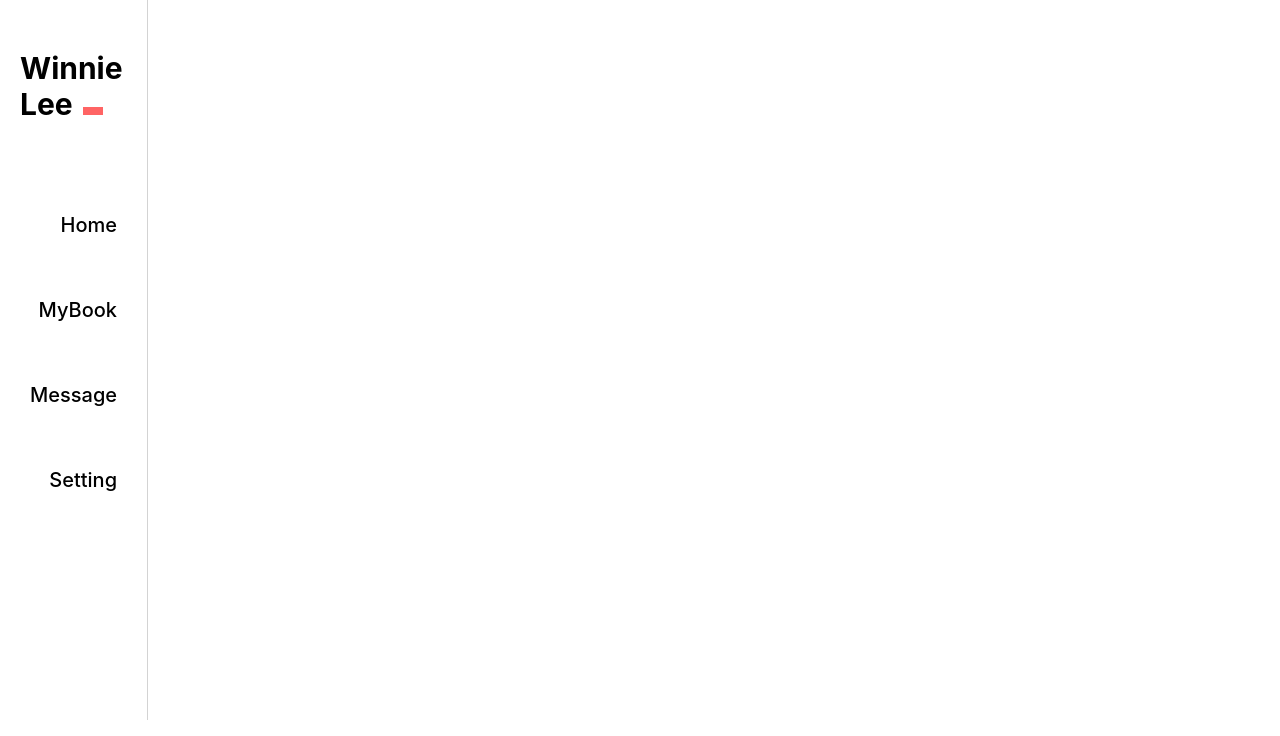
Repository: EEOOOO/GoodGeul
Page: /
The author's editor kept a copy of each file at every save. The page is drawn from the files as they stood at one save, then again after a run of saves.
The browser window is 1280 px wide. The pictures show the whole page.
The project was rebuilt for these pictures with package versions that can differ from the ones it lists, and the page was loaded fresh each time. Also part of the build but not shown: src/book/book.module.css, src/book/Book.jsx, src/BookContent/BookContent.jsx.

Above is the page before, as saved 2022-08-11 11:50:56.

### src/index.js
import React from 'react';
import ReactDOM from 'react-dom/client';
import './index.css';
import App from './App';
import reportWebVitals from './reportWebVitals';
import {BrowserRouter, Routes,Route, Link} from 'react-router-dom';
import MyBooks from './mybooks/MyBooks';
import BookContent from './BookContent/BookContent';
const root = ReactDOM.createRoot(document.getElementById('root'));
root.render(
  <BrowserRouter>
    <Routes>
      <Route path="/" element={<App />}>
        <Route path="mybook" element={<MyBooks />}/>
        <Route path="bookContent" element={<BookContent />}/>
      </Route>
    </Routes>

  </BrowserRouter>
);

// If you want to start measuring performance in your app, pass a function
// to log results (for example: reportWebVitals(console.log))
// or send to an analytics endpoint. Learn more: https://bit.ly/CRA-vitals
reportWebVitals();

### src/App.js
import styles from './app.module.css';
import MyBooks from './mybooks/MyBooks';
import SideNavBar from './sidenavbar/SideNavBar';
import {Outlet, Link} from 'react-router-dom';
import database from './firebase';
import {ref, set, get, child} from "firebase/database";
import BookContent from './BookContent/BookContent';

function saveBook(id, title, author, description, Text) {
  set(ref(database,`${id}`),{
    title: title,
    author: author,
    description : description,
    Text : Text
  });
}

// var dbRef = database.ref('https://goodgeul-default-rtdb.firebaseio.com/');
// dbRef.on('value', function(snapshot) {
//     snapshot.forEach(function(childSnapshot) {
//       let childData = childSnapshot.val();
//       console.dir(childData);
//     });
// });

let books = [];

function App() {
  return (
    <>
      <div className={styles.app}>
        <SideNavBar />
        <MyBooks books={books} saveBook={saveBook}/>
      </div>
      <Outlet/>
    </>
  );
}

export default App;

### src/mybooks/MyBooks.jsx
import React from 'react';
import Books from '../books/Books';
class MyBooks extends React.Component{
    render(){
        return <Books books={this.props.books}/>
    }
}
export default MyBooks;

### src/app.module.css
.app {
  height: 100vh;
  display: flex;
  position: absolute;
}
.sideNavBar {
  height: 100vh;
  background-color: gray;
}
.bookContent {
  position: relative;
  top: 100vh;
}

### src/sidenavbar/SideNavBar.jsx
import React, { Component } from 'react';
import styles from './sidenavbar.module.css';
class SideNavBar extends Component {
    render() {
        return (
            <div className={styles.sideNavBar}>
                <div className={styles.userName}>
                    Winnie Lee
                    <div className={styles.nameTagColor}></div>
                </div>

                <ul className={styles.menuList}>
                    <li className={styles.homeMenu}>Home</li>
                    <li className={styles.myBookMenu}>MyBook</li>
                    <li className={styles.messageMenu}>Message</li>
                    <li className={styles.settingMenu}>Setting</li>
                </ul>
            </div>
        );
    }
}

export default SideNavBar;

### src/firebase.js
// Import the functions you need from the SDKs you need
import { initializeApp } from "firebase/app";
import { getDatabase } from "firebase/database";
// TODO: Add SDKs for Firebase products that you want to use
// https://firebase.google.com/docs/web/setup#available-libraries

// Your web app's Firebase configuration
// For Firebase JS SDK v7.20.0 and later, measurementId is optional
const firebaseConfig = {
  apiKey: "AIzaSyDk2m4kmdZtL3sdQtrUyC7Ow1ectDEyNMI",
  authDomain: "goodgeul.firebaseapp.com",
  projectId: "goodgeul",
  storageBucket: "goodgeul.appspot.com",
  messagingSenderId: "120455903715",
  appId: "1:120455903715:web:d31e22a4efe607313988d6",
  measurementId: "G-6NXNGBT25C",
  databaseURL: "https://goodgeul-default-rtdb.firebaseio.com/"
};

// Initialize Firebase
const app = initializeApp(firebaseConfig);
const database = getDatabase(app);

export default database;

### src/books/Books.jsx
import React, { Component } from 'react';
import Book from '../book/Book';
import styles from './books.module.css'
class Books extends Component {
    render() {
        return (
            <ul className={styles.bookList}>
                {this.props.books.map((book)=>{
                    const key = book['id'];
                    return <Book book={book} key={key}/>
                })}
            </ul>
        );
    }
}

export default Books;

### src/BookContent/bookcontent.module.css
* {
  box-sizing: border-box;
}
.bookContent {
  display: flex;
  height: 100vh;
}
.bookContent div {
  flex: 1 1 1;
}
.book {
  display: flex;
  flex-direction: column;
  justify-content: space-around;
  background-color: black;
  color: white;
}
.bookInfo {
  display: flex;
  align-items: center;
}
.bookTitleAndDescription {
  padding: 0 20px;
}
.review {
  position: relative;
  top: 30vh;
  padding: 20px;
}
.books {
  display: flex;
  flex-direction: column;
  justify-content: center;
  align-items: center;
  padding-left: 80px;
  background-color: black;
}
.books p {
  border: 1px solid grey;
  width: 150%;
  height: 100px;
  background-color: white;
  border-radius: 0 10px 5px 0;
}

### src/sidenavbar/sidenavbar.module.css
.sideNavBar {
  box-sizing: bordre-box;
  display: flex;
  width: 15vw;
  flex-direction: column;
  border-right: 1px solid lightgray;
  padding: 20px;
}
.userName {
  font-weight: 700;
  font-size: 30px;
  margin: 30px 0;
}
.nameTagColor {
  display: inline-block;
  bottom: 10px;
  margin-left: 10px;
  width: 20px;
  height: 8px;
  background-color: rgb(255, 100, 100);
}
.menuList {
  height: 50%;
  list-style: none;
  font-size: 20px;
  margin: 30px 10px 10px 10px;
  padding: 0;
  text-align: right;
  display: flex;
  flex-direction: column;
  justify-content: space-around;
  font-weight: 500;
  cursor: pointer;
}
.menuList > li:hover {
  color: gray;
}
.homeMenu {
}
.myBookMenu {
}
.messageMenu {
}
.settingMenu {
}

### src/books/books.module.css
.bookList {
  list-style: none;
  display: flex;
  padding: 0;
  width: 100%;
  height: 100vh;
  flex-wrap: wrap;
  overflow-y: scroll;
}
.bookList::-webkit-scrollbar-track {
  -webkit-box-shadow: inset 0 0 6px rgba(0, 0, 0, 0.3);
  border-radius: 10px;
  background-color: #f5f5f5;
}

.bookList::-webkit-scrollbar {
  width: 10px;
  background-color: #f5f5f5;
}

.bookList::-webkit-scrollbar-thumb {
  border-radius: 10px;
  -webkit-box-shadow: inset 0 0 6px rgba(0, 0, 0, 0.3);
  background-color: #555;
}

Loaded but not shown: public/index.html (common file); src/index.css (common file); src/reportWebVitals.js (common file)

After the next 2 saves:
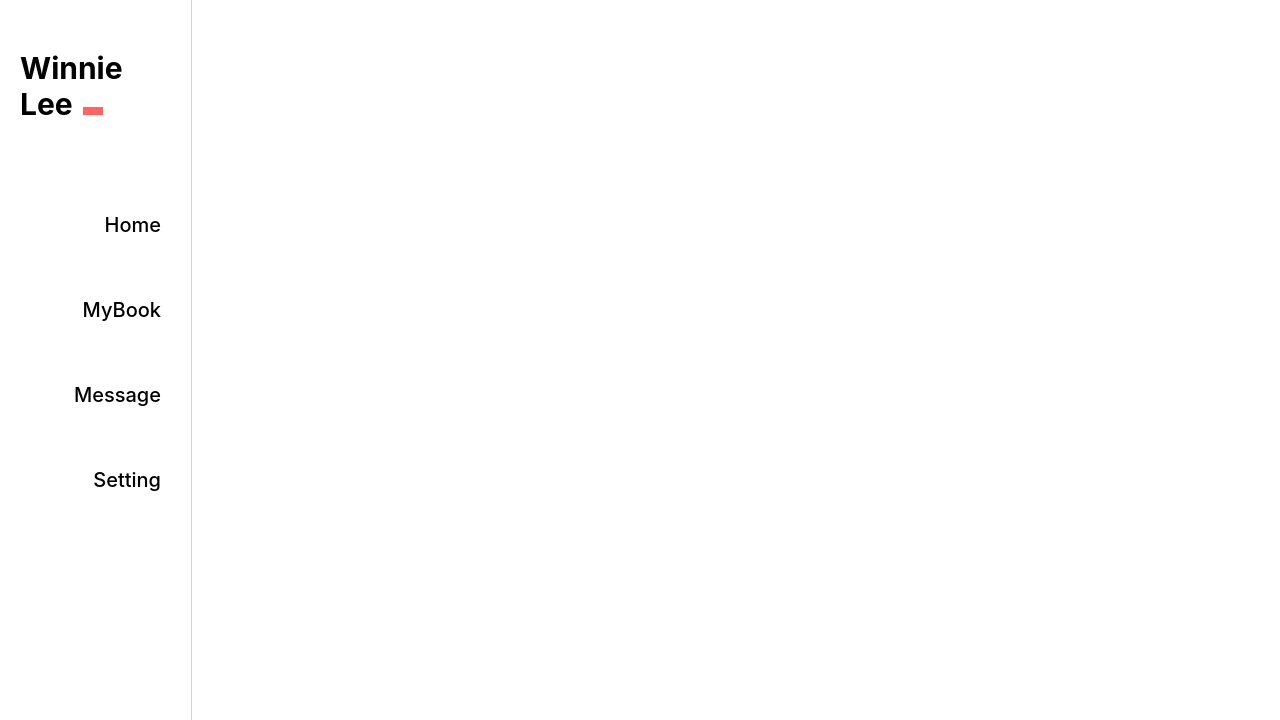
The 2 saves are shown as one change because they came seconds apart.
The last was saved 23 min 15 s later.
--- a/src/App.js
+++ b/src/App.js
@@ -30,7 +30,8 @@
     <>
       <div className={styles.app}>
         <SideNavBar />
-        <MyBooks books={books} saveBook={saveBook}/>
+        <Link path="/mybooks" element ={<MyBooks books={books} saveBook={saveBook}/>}/>
+
       </div>
       <Outlet/>
     </>

After the 2 saves that followed:
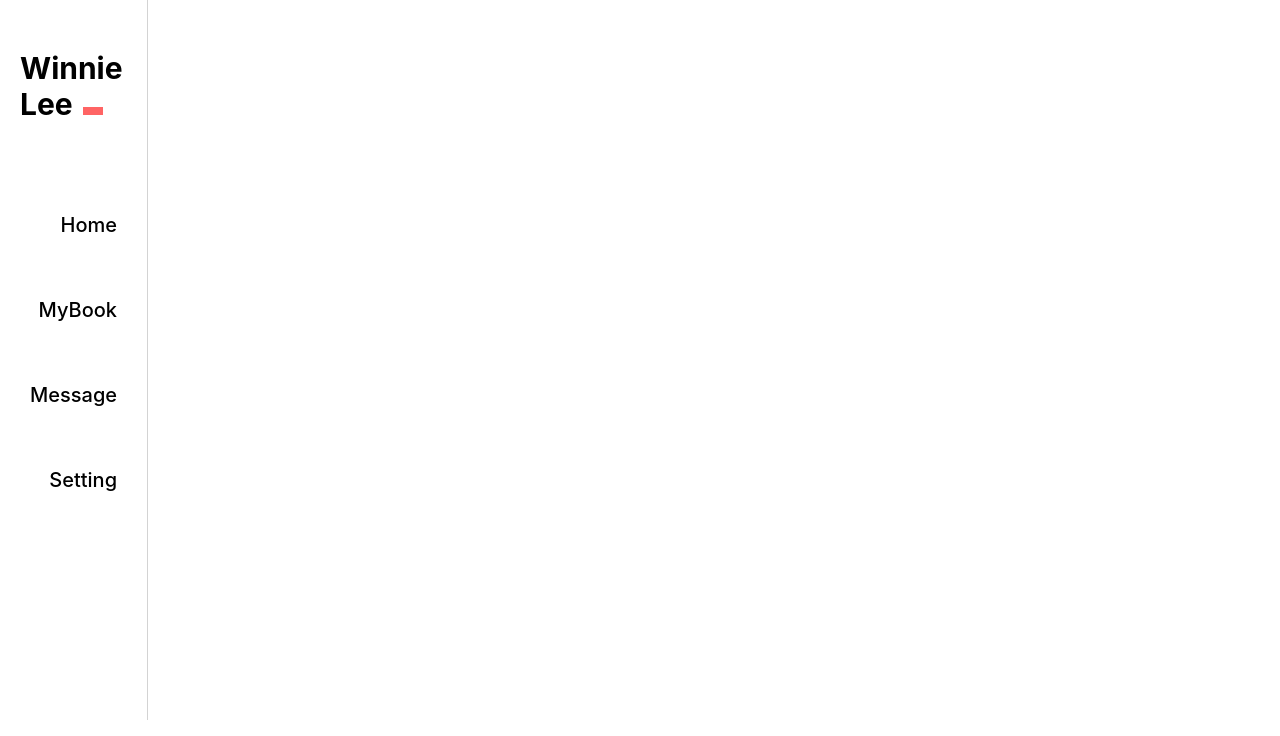
The 2 saves are shown as one change because 1 left the picture as it was.
The last was saved 51 s later.
--- a/src/App.js
+++ b/src/App.js
@@ -30,8 +30,7 @@
     <>
       <div className={styles.app}>
         <SideNavBar />
-        <Link path="/mybooks" element ={<MyBooks books={books} saveBook={saveBook}/>}/>
-
+        <MyBooks books={books} saveBook={saveBook}/>
       </div>
       <Outlet/>
     </>
